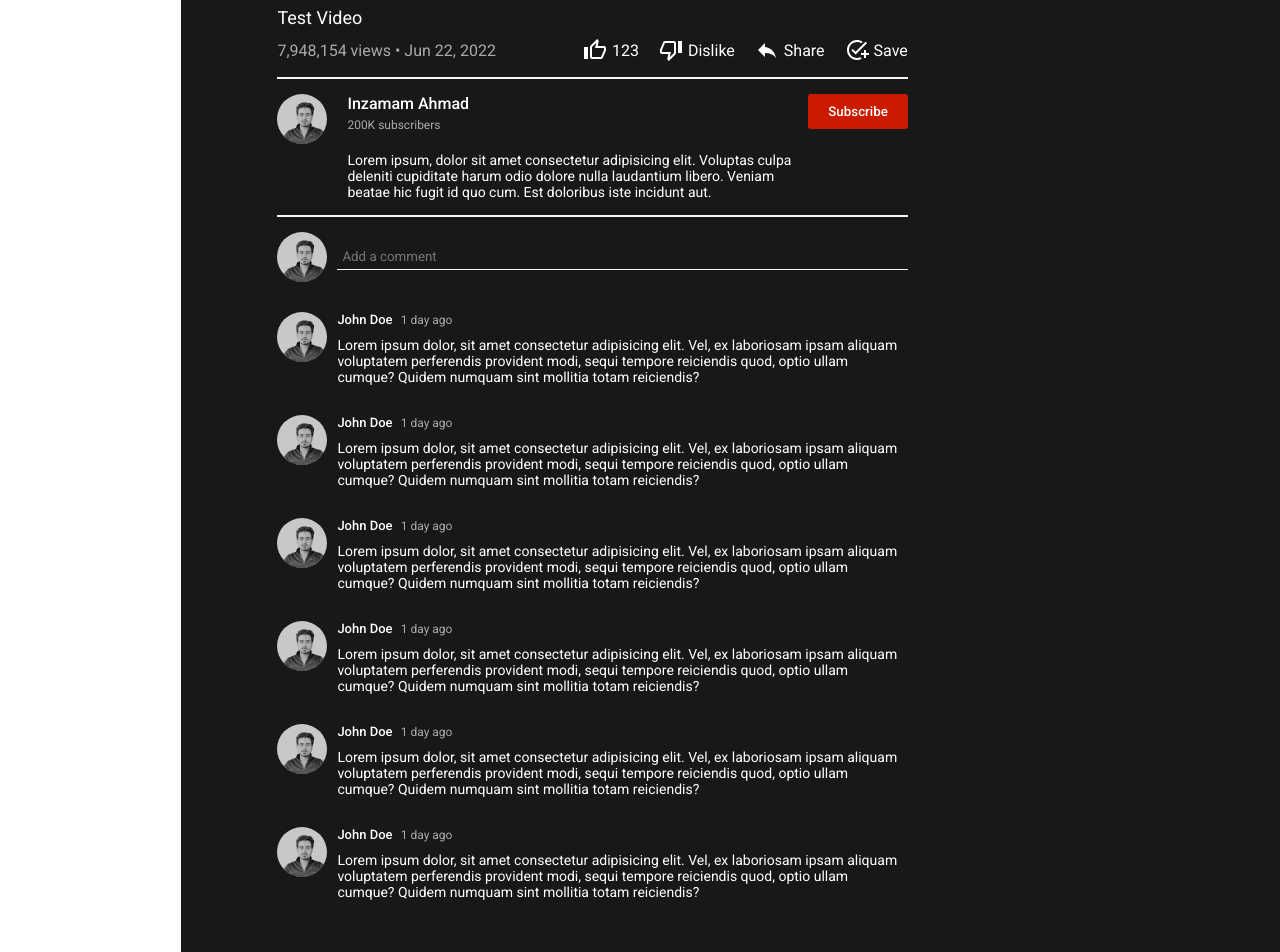
Repository: inzamamahmad3/final-year-project-skeleton
Page: /video/test
These files come from the project's save history. The page is drawn as it stood at one moment and after the next save; the edit follows.
The browser window is 1280 px wide. The pictures show the part of the page from y = 815 to 1767 px (the page is 1767 px tall).
The project was rebuilt for these pictures with package versions that can differ from the ones it lists, and the page was loaded fresh each time. Also part of the build but not shown: src/components/Card.jsx, src/pages/Home.jsx.

Above is the page before, as saved 2023-07-21 13:15:43.

### public/index.html
<!DOCTYPE html>
<html lang="en">
  <head>
    <meta charset="utf-8" />
    <link rel="icon" href="%PUBLIC_URL%/favicon.ico" />
    <meta name="viewport" content="width=device-width, initial-scale=1" />
    <meta name="theme-color" content="#000000" />
    <meta
      name="description"
      content="Web site created using create-react-app"
    />
    <!-- <link rel="apple-touch-icon" href="%PUBLIC_URL%/logo192.png" /> -->
    <link rel="preconnect" href="https://fonts.gstatic.com" crossorigin />
    <link
      href="https://fonts.googleapis.com/css2?family=Roboto:wght@100;300;400;500;700;900&display=swap"
      rel="stylesheet"
    />
    <style>
      * {
        font-family: "Roboto", sans-serif;
        margin: 0;
      }
    </style>
    <!--
      manifest.json provides metadata used when your web app is installed on a
      user's mobile device or desktop. See https://developers.google.com/web/fundamentals/web-app-manifest/
    -->
    <!-- <link rel="manifest" href="%PUBLIC_URL%/manifest.json" /> -->
    <!--
      Notice the use of %PUBLIC_URL% in the tags above.
      It will be replaced with the URL of the `public` folder during the build.
      Only files inside the `public` folder can be referenced from the HTML.

      Unlike "/favicon.ico" or "favicon.ico", "%PUBLIC_URL%/favicon.ico" will
      work correctly both with client-side routing and a non-root public URL.
      Learn how to configure a non-root public URL by running `npm run build`.
    -->
    <title>React App</title>
  </head>
  <body>
    <noscript>You need to enable JavaScript to run this app.</noscript>
    <div id="root"></div>
    <!--
      This HTML file is a template.
      If you open it directly in the browser, you will see an empty page.

      You can add webfonts, meta tags, or analytics to this file.
      The build step will place the bundled scripts into the <body> tag.

      To begin the development, run `npm start` or `yarn start`.
      To create a production bundle, use `npm run build` or `yarn build`.
    -->
  </body>
</html>

### src/App.js
import styled, { ThemeProvider } from "styled-components";
import Menu from "./components/Menu";
import Navbar from "./components/Navbar";
import { darkTheme, lightTheme } from "./utils/Theme";
import { useState } from "react";
import { BrowserRouter, Routes, Route } from "react-router-dom";
import Home from "./pages/Home";
import Video from "./pages/Video";

const Container = styled.div`
  display: flex;
`;
const Main = styled.div`
  flex: 7;
  background-color: ${({ theme }) => theme.bg};
`;
const Wrapper = styled.div`
  padding: 22px 96px;
`;

function App() {
  const [darkMode, setDarkMode] = useState(true);
  return (
    <>
      <ThemeProvider theme={darkMode ? darkTheme : lightTheme}>
        <Container>
          <BrowserRouter>
            <Menu darkMode={darkMode} setDarkMode={setDarkMode} />
            <Main>
              <Navbar />
              <Wrapper>
                <Routes>
                  <Route path="/">
                    <Route index element={<Home />} />
                    <Route path="video">
                      <Route path=":id" element={<Video />} />
                    </Route>
                  </Route>
                </Routes>
              </Wrapper>
            </Main>
          </BrowserRouter>
        </Container>
      </ThemeProvider>
    </>
  );
}

export default App;

### src/components/Menu.jsx
import React from "react";
import styled from "styled-components";
import watch from "../img/pic.png";
import HomeIcon from "@mui/icons-material/Home";
import ExploreOutlinedIcon from "@mui/icons-material/ExploreOutlined";
import SubscriptionsIcon from "@mui/icons-material/Subscriptions";
import LibraryAddOutlinedIcon from "@mui/icons-material/LibraryAddOutlined";
import HistoryOutlinedIcon from "@mui/icons-material/HistoryOutlined";
import LibraryMusicOutlinedIcon from "@mui/icons-material/LibraryMusicOutlined";
import SportsEsportsOutlinedIcon from "@mui/icons-material/SportsEsportsOutlined";
import SportsBasketballOutlinedIcon from "@mui/icons-material/SportsBasketballOutlined";
import MovieOutlinedIcon from "@mui/icons-material/MovieOutlined";
import ArticleOutlinedIcon from "@mui/icons-material/ArticleOutlined";
import LiveTvOutlinedIcon from "@mui/icons-material/LiveTvOutlined";
import AccountCircleOutlinedIcon from "@mui/icons-material/AccountCircleOutlined";
import SettingsOutlinedIcon from "@mui/icons-material/SettingsOutlined";
import FlagOutlinedIcon from "@mui/icons-material/FlagOutlined";
import HelpOutlineOutlinedIcon from "@mui/icons-material/HelpOutlineOutlined";
import SettingsBrightnessOutlinedIcon from "@mui/icons-material/SettingsBrightnessOutlined";
import { Link } from "react-router-dom";

const Container = styled.div`
  flex: 1;
  background-color: ${({ theme }) => theme.bg};
  height: 100vh;
  color: ${({ theme }) => theme.text};
  font-size: 14px;
  position: sticky;
  top: 0;
`;

const Wrapper = styled.div`
  padding: 18px 26px;
`;

const Logo = styled.div`
  display: flex;
  align-items: center;
  gap: 5px;
  font-weight: bold;
  margin-bottom: 25px;
  cursor: pointer;
`;

const Item = styled.div`
  display: flex;
  align-items: center;
  gap: 20px;
  cursor: pointer;
  padding: 7.5px 0px;
`;

const Img = styled.img`
  height: 25px;
`;

const Hr = styled.hr`
  margin: 15px 0px;
  border: 0.5px solid ${({ theme }) => theme.soft};
`;

const Login = styled.div``;
const Button = styled.div`
  padding: 5px 15px;
  background-color: transparent;
  border: 1px solid #3ea6ff;
  color: #3ea6ff;
  border-radius: 3px;
  font-weight: 500;
  margin-top: 10px;
  cursor: pointer;
  display: flex;
  align-items: center;
  gap: 5px;
`;

const Title = styled.h2`
  font-size: 14px;
  font-weight: 500;
  color: #aaaaaa;
  margin-bottom: 20px;
`;

function Menu({ darkMode, setDarkMode }) {
  return (
    <Container>
      <Wrapper>
        <Link to="/" style={{ textDecoration: "none", color: "inherit" }}>
          <Logo>
            <Img src={watch} />
            WatchMedia
          </Logo>
        </Link>
        <Item>
          <HomeIcon />
          Home
        </Item>
        <Item>
          <ExploreOutlinedIcon />
          Explore
        </Item>
        <Item>
          <SubscriptionsIcon />
          Subscriptions
        </Item>
        <Hr />
        <Item>
          <LibraryAddOutlinedIcon />
          Library
        </Item>
        <Item>
          <HistoryOutlinedIcon />
          History
        </Item>
        <Hr />
        <Login>
          Sign In to like video, Comment and Share
          <Button>
            <AccountCircleOutlinedIcon /> SIGN IN
          </Button>
        </Login>
        <Title>BEST OF LAMATUBE</Title>
        <Hr />
        <Item>
          <LibraryMusicOutlinedIcon />
          Music
        </Item>
        <Item>
          <SportsBasketballOutlinedIcon />
          Sports
        </Item>
        <Item>
          <SportsEsportsOutlinedIcon />
          Gaming
        </Item>
        <Item>
          <MovieOutlinedIcon />
          Movies
        </Item>
        <Item>
          <ArticleOutlinedIcon />
          News
        </Item>
        <Item>
          <LiveTvOutlinedIcon />
          Live
        </Item>
        <Hr />
        <Item>
          <SettingsOutlinedIcon />
          Settings
        </Item>
        <Item>
          <FlagOutlinedIcon />
          Report
        </Item>
        <Item>
          <HelpOutlineOutlinedIcon />
          Help
        </Item>
        <Item onClick={() => setDarkMode(!darkMode)}>
          <SettingsBrightnessOutlinedIcon />
          {darkMode ? "Light" : "Dark"} Mode
        </Item>
      </Wrapper>
    </Container>
  );
}

export default Menu;

### src/components/Navbar.jsx
import React from "react";
import styled from "styled-components";
import AccountCircleOutlinedIcon from "@mui/icons-material/AccountCircleOutlined";
import { SearchOutlined } from "@mui/icons-material";

const Container = styled.div`
  position: sticky;
  top: 0;
  background-color: ${({ theme }) => theme.bgLighter};
  height: 56px;
`;
const Wrapper = styled.div`
  display: flex;
  align-items: center;
  justify-content: flex-end;
  height: 100%;
  padding: 0px 20px;
  position: relative;
`;

const Search = styled.div`
  width: 40%;
  position: absolute;
  left: 0px;
  right: 0px;
  margin: auto;
  display: flex;
  align-items: center;
  justify-content: space-between;
  padding: 5px;
  border: 1px solid #ccc;
  border-radius: 3px;
`;

const Input = styled.input`
  border: none;
  background-color: transparent;
  outline: none;
  color: ${({ theme }) => theme.text};
`;

const Button = styled.div`
  padding: 5px 15px;
  background-color: transparent;
  border: 1px solid #3ea6ff;
  color: #3ea6ff;
  border-radius: 3px;
  font-weight: 500;
  margin-top: 10px;
  cursor: pointer;
  display: flex;
  align-items: center;
  gap: 5px;
`;

const Navbar = () => {
  return (
    <Container>
      <Wrapper>
        <Search>
          <Input placeholder="search" />
          <SearchOutlined />
        </Search>
        <Button>
          <AccountCircleOutlinedIcon /> SIGN IN
        </Button>
      </Wrapper>
    </Container>
  );
};

export default Navbar;

### src/utils/Theme.js
export const darkTheme = {
  bg: "#181818",
  bgLighter: "#202020",
  text: "white",
  textSoft: "#aaaaaa",
  soft: "#f5f5f5",
};
export const lightTheme = {
  bg: "#f9f9f9",
  bgLighter: "white",
  text: "black",
  textSoft: "#606060",
  soft: "#373737",
};

### src/pages/Video.jsx
import React from "react";
import styled from "styled-components";
import ThumbUpOutlinedIcon from "@mui/icons-material/ThumbUpOutlined";
import ThumbDownOffAltOutlinedIcon from "@mui/icons-material/ThumbDownOffAltOutlined";
import ReplyOutlinedIcon from "@mui/icons-material/ReplyOutlined";
import AddTaskOutlinedIcon from "@mui/icons-material/AddTaskOutlined";
import inzi from "../img/pic.png";
import Comments from "../components/Comments";

const Container = styled.div`
  display: flex;
  gap: 24px;
`;

const Content = styled.div`
  flex: 5;
`;

const Hr = styled.hr`
  margin: 15px 0px;
  border: 0.5px solid ${({ theme }) => theme.soft};
`;

const Recommendation = styled.div`
  flex: 2;
`;
const VideoWrapper = styled.div``;
const Title = styled.h1`
  font-size: 18px;
  font-weight: 400;
  margin-top: 20px;
  margin-bottom: 10px;
  color: ${({ theme }) => theme.text};
`;
const Details = styled.div`
  display: flex;
  align-items: center;
  justify-content: space-between;
`;
const Info = styled.span`
  color: ${({ theme }) => theme.textSoft};
`;
const Buttons = styled.div`
  display: flex;
  gap: 20px;
  color: ${({ theme }) => theme.text};
`;

const Button = styled.div`
  display: flex;
  align-items: center;
  gap: 5px;
  cursor: pointer;
`;

const Channel = styled.div`
  display: flex;
  justify-content: space-between;
`;

const ChannelInfo = styled.div`
  display: flex;
  gap: 20px;
`;

const Image = styled.img`
  width: 50px;
  height: 50px;
  border-radius: 50%;
`;

const ChannelDetail = styled.div`
  display: flex;
  flex-direction: column;
  color: ${({ theme }) => theme.text};
`;

const ChannelName = styled.span`
  font-weight: 500;
`;

const ChannelCounter = styled.span`
  margin-top: 5px;
  margin-bottom: 20px;
  color: ${({ theme }) => theme.textSoft};
  font-size: 12px;
`;

const Description = styled.p`
  font-size: 14px;
`;
const Subscribe = styled.button`
  background-color: #cc1a00;
  font-weight: 500;
  color: white;
  border: none;
  border-radius: 3px;
  height: max-content;
  padding: 10px 20px;
  cursor: pointer;
`;

const Video = () => {
  return (
    <Container>
      <Content>
        <VideoWrapper>
          <iframe
            width="100%"
            height="720"
            src="https://www.youtube.com/embed/k3Vfj-e1Ma4"
            title="YouTube video player"
            frameborder="0"
            allow="accelerometer; autoplay; clipboard-write; encrypted-media; gyroscope; picture-in-picture"
            allowfullscreen
          ></iframe>
        </VideoWrapper>
        <Title>Test Video</Title>
        <Details>
          <Info>7,948,154 views • Jun 22, 2022</Info>
          <Buttons>
            <Button>
              <ThumbUpOutlinedIcon /> 123
            </Button>
            <Button>
              <ThumbDownOffAltOutlinedIcon /> Dislike
            </Button>
            <Button>
              <ReplyOutlinedIcon /> Share
            </Button>
            <Button>
              <AddTaskOutlinedIcon /> Save
            </Button>
          </Buttons>
        </Details>
        <Hr />
        <Channel>
          <ChannelInfo>
            <Image src={inzi} />
            <ChannelDetail>
              <ChannelName>Inzamam Ahmad</ChannelName>
              <ChannelCounter>200K subscribers</ChannelCounter>
              <Description>
                Lorem ipsum, dolor sit amet consectetur adipisicing elit.
                Voluptas culpa deleniti cupiditate harum odio dolore nulla
                laudantium libero. Veniam beatae hic fugit id quo cum. Est
                doloribus iste incidunt aut.
              </Description>
            </ChannelDetail>
          </ChannelInfo>
          <Subscribe> Subscribe</Subscribe>
        </Channel>
        <Hr />
        <Comments />
      </Content>
      <Recommendation> Recommendation</Recommendation>
    </Container>
  );
};

export default Video;

### src/components/Comments.jsx
import React from "react";
import styled from "styled-components";
import inzi from "../img/pic.png";
import Comment from "../components/Comment";

const Container = styled.div``;

const NewComment = styled.div`
  display: flex;
  align-items: center;
  gap: 10px;
`;

const Avatar = styled.img`
  width: 50px;
  height: 50px;
  border-radius: 50%;
`;
const Input = styled.input`
  border: none;
  border-bottom: 1px solid ${({ theme }) => theme.soft};
  color: ${({ theme }) => theme.text};
  background-color: transparent;
  outline: none;
  padding: 5px;
  width: 100%;
`;

const Comments = () => {
  return (
    <Container>
      <NewComment>
        <Avatar src={inzi} />
        <Input placeholder="Add a comment" />
      </NewComment>
      <Comment />
      <Comment />
      <Comment />
      <Comment />
      <Comment />
      <Comment />
    </Container>
  );
};

export default Comments;

### src/components/Comment.jsx
import React from "react";
import styled from "styled-components";
import inzi from "../img/pic.png";
const Container = styled.div`
  display: flex;
  gap: 10px;
  margin: 30px 0px;
`;

const Avatar = styled.img`
  width: 50px;
  height: 50px;
  border-radius: 50%;
`;
const Details = styled.div`
  display: flex;
  flex-direction: column;
  gap: 10px;
  color: ${({ theme }) => theme.text};
`;

const Name = styled.span`
  font-size: 13px;
  font-weight: 500;
`;

const Date = styled.span`
  font-size: 12px;
  font-weight: 400;
  color: ${({ theme }) => theme.textSoft};
  margin-left: 5px;
`;

const Text = styled.span`
  font-size: 14px;
`;

const Comment = () => {
  return (
    <Container>
      <Avatar src={inzi} />
      <Details>
        <Name>
          John Doe <Date>1 day ago</Date>
        </Name>
        <Text>
          Lorem ipsum dolor, sit amet consectetur adipisicing elit. Vel, ex
          laboriosam ipsam aliquam voluptatem perferendis provident modi, sequi
          tempore reiciendis quod, optio ullam cumque? Quidem numquam sint
          mollitia totam reiciendis?
        </Text>
      </Details>
    </Container>
  );
};

export default Comment;

Loaded but not shown: src/index.js (common file)

After the next save:
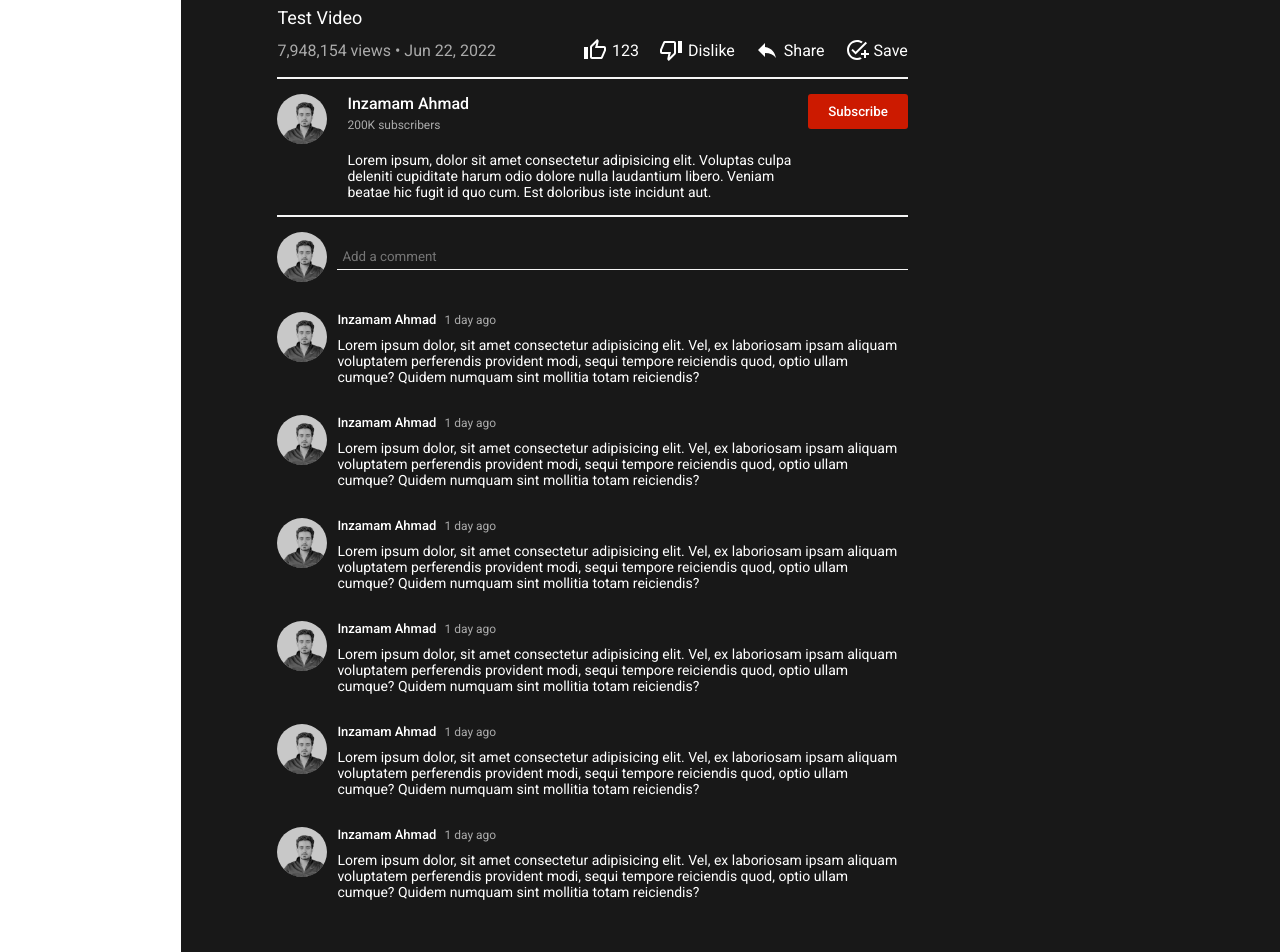
Saved 24 s later.
--- a/src/components/Comment.jsx
+++ b/src/components/Comment.jsx
@@ -41,7 +41,7 @@ const Comment = () => {
       <Avatar src={inzi} />
       <Details>
         <Name>
-          John Doe <Date>1 day ago</Date>
+          Inzamam Ahmad <Date>1 day ago</Date>
         </Name>
         <Text>
           Lorem ipsum dolor, sit amet consectetur adipisicing elit. Vel, ex
